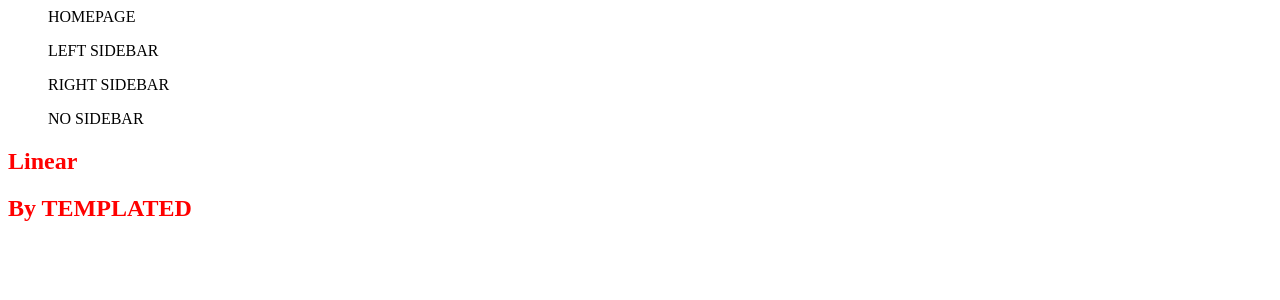
Repository: zhaojing/ThreeWeek
Page: week1.html
The author's editor kept a copy of each file at every save. The page is drawn from the files as they stood at one save, then again after the next save.
The browser window is 1280 px wide. The pictures show the whole page.

Above is the page before, as saved 2018-04-24 17:45:48.

### week1.html
<html lang="en">
<head>
    <meta charset="UTF-8">
    <meta name="viewport" content="width=device-width, initial-scale=1.0">
    <meta http-equiv="X-UA-Compatible" content="ie=edge">
    <title>3 weeks 3 pages first week</title>
    <link href="./css/first-page.css" rel="stylesheet">
</head>
<body>
    <header>
        <nav>
            <ul>HOMEPAGE</ul>
            <ul>LEFT SIDEBAR</ul>
            <ul>RIGHT SIDEBAR</ul>
            <ul>NO SIDEBAR</ul>
        </nav>
        <section>
            <h1>Linear</h1>
            <h1>By TEMPLATED</h1>
        </section>
    </header>

</body>
</html>

Loaded but not shown: css/first-page.css (common file)

After the next save:
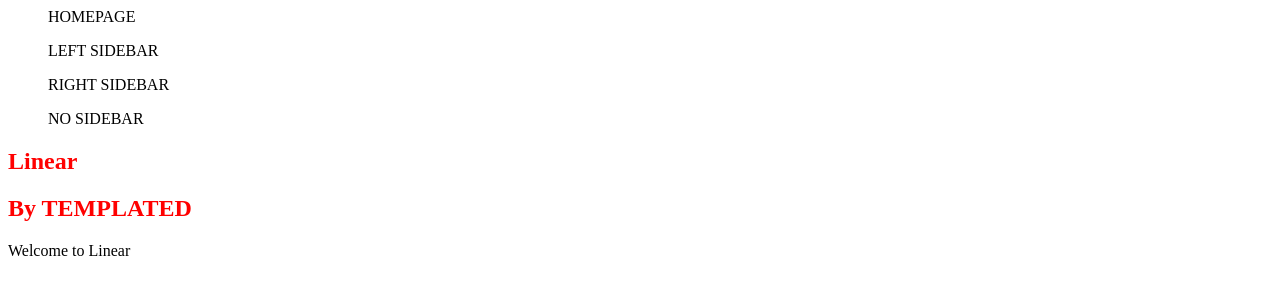
Saved 8 min 6 s later.
--- a/week1.html
+++ b/week1.html
@@ -19,6 +19,8 @@
             <h1>By TEMPLATED</h1>
         </section>
     </header>
-
+    <div>
+     <P>Welcome to Linear</P>
+    </div>
 </body>
 </html>
